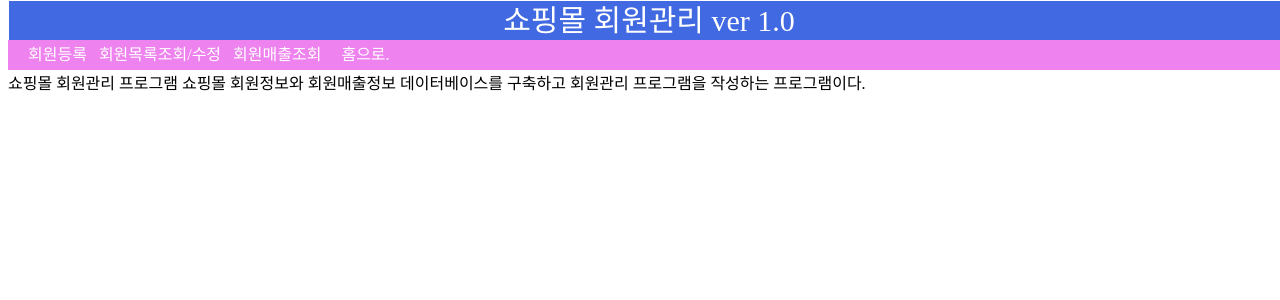
Repository: GotChun/license_practice
Page: http://localhost/HRD_8155/
These files come from the project's save history. The page is drawn as it stood at one moment and after the next save; the edit follows.
The browser window is 1280 px wide. The pictures show the whole page.
The page is served by Tomcat 9.

Above is the page before, as saved 2025-02-18 14:21:29.

After the next save:
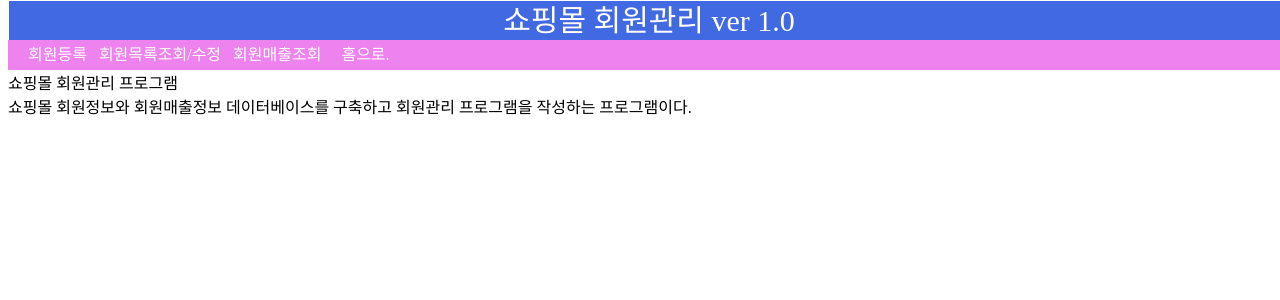
Saved 10 s later.
--- a/HRD_8155/src/main/webapp/index.jsp
+++ b/HRD_8155/src/main/webapp/index.jsp
@@ -14,7 +14,7 @@
 	 background-color:violet; color:white; padding-left:20px;">회원등록&nbsp;&nbsp;  회원목록조회/수정&nbsp;&nbsp;  회원매출조회&nbsp;&nbsp;&nbsp;&nbsp;  홈으로. </nav>
 
 	 <section style="position:fixed; top:70px; width:100%; height:100%;">
-	 	쇼핑몰 회원관리 프로그램
+	 	쇼핑몰 회원관리 프로그램<br>
 	 	쇼핑몰 회원정보와 회원매출정보 데이터베이스를 구축하고 회원관리 프로그램을 작성하는 프로그램이다.<br>
 	 </section>
 
